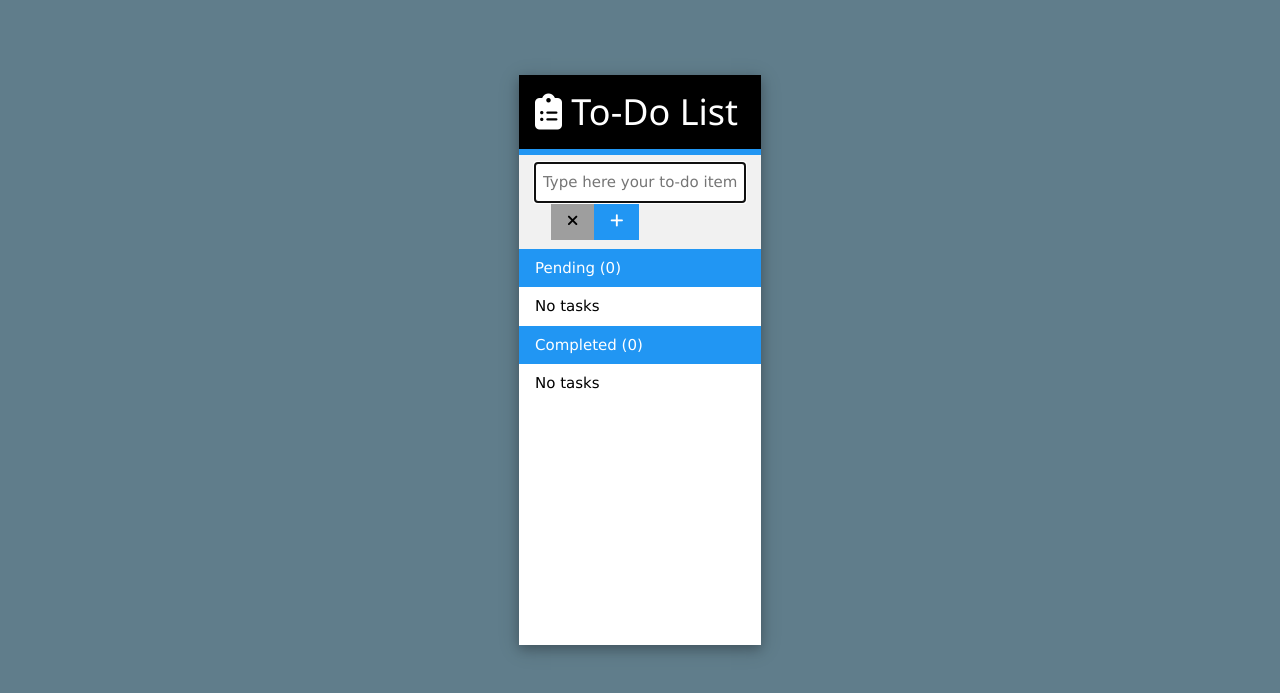
Repository: bclover/vue3-design-patterns-book
Page: /
The author's editor kept a copy of each file at every save. The page is drawn from the files as they stood at one save, then again after the next save.
The browser window is 1280 px wide. The pictures show the whole page.
The project was rebuilt for these pictures with package versions that can differ from the ones it lists, and the page was loaded fresh each time. Also part of the build but not shown: vite.config.ts.

Above is the page before, as saved 2023-06-19 22:27:52.

After the next save:
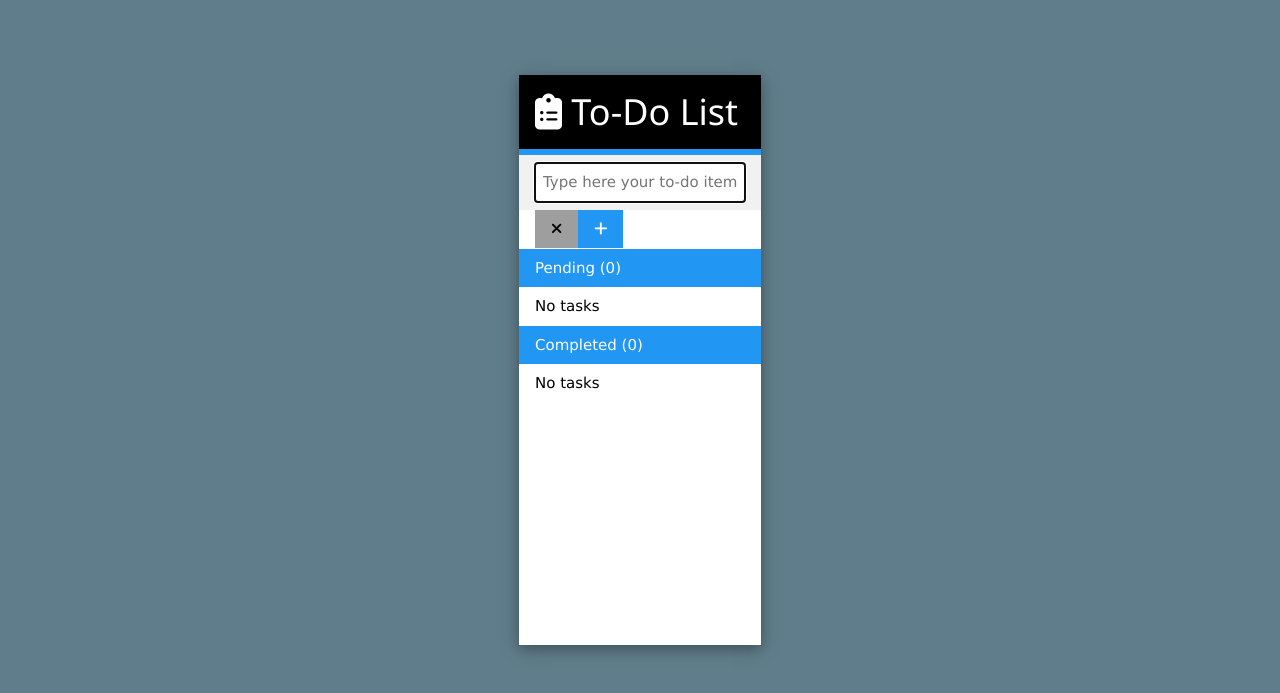
Saved 22 s later.
--- a/src/components/ToDos.vue
+++ b/src/components/ToDos.vue
@@ -49,14 +49,15 @@ function addToDo() {
         @keyup.enter="addToDo()"
         placeholder="Type here your to-do item..."
       />
-      <div class="w3-container w3-margin-16">
-        <button class="w3-button w3-gray" @click="clearToDo()">
-          <i class="fa-solid fa-times"></i>
-        </button>
-        <button class="w3-button w3-blue" @click="addToDo()">
-          <i class="fa-solid fa-plus"></i>
-        </button>
-      </div>
+    </div>
+
+    <div class="w3-container w3-margin-16">
+      <button class="w3-button w3-gray" @click="clearToDo()">
+        <i class="fa-solid fa-times"></i>
+      </button>
+      <button class="w3-button w3-blue" @click="addToDo()">
+        <i class="fa-solid fa-plus"></i>
+      </button>
     </div>
 
     <!-- Pending Todos Heading -->
